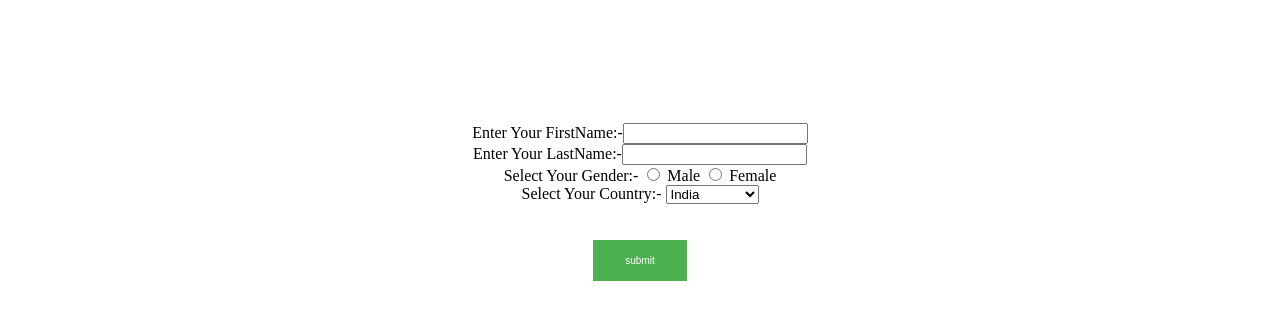
Repository: ErNitesh-d/java-program
Page: JAVA PROJECTS/ASSIGNMMENT_2/WebContent/index.html
These files come from the project's save history. The page is drawn as it stood at one moment and after the next save; the edit follows.
The browser window is 1280 px wide. The pictures show the whole page.

Above is the page before, as saved 2022-09-03 15:15:29.

### JAVA PROJECTS/ASSIGNMMENT_2/WebContent/index.html

<!DocType html>
<html>
<body>
<div style=" margin: auto;
width: 75%;
text-align: center;
padding: 70px 0;
border: 3px solid white;
text-align: header;
margin-top: 50px;">
<form action="Hello" method="get">
Enter Your FirstName:-<input type="text" name="FirstName"><br>
Enter Your LastName:-<input type="text" name="LastName"><br>
Select Your Gender:-
<input type="radio" id="Male" name="Gender" value="Male">
<label for="Male">Male</label>
<input type="radio" id="Female" name="Gender" value="Female">
<label for="Female">Female</label><br>
<label for="cars">Select Your Country:-</label>
<select name="Country" id="cars">
<option value="India">India</option>
<option value=" America">America</option>
<option value=" Afghanistan">Afghanistan</option>
<option value="Pakistan">Pakistan</option>
<option value="china">china</option>
</select><br>
<br>
<br>
<input type="submit" style=" position: relative; background-color: #4CAF50; /* Green */
border: none;
color: white;
padding: 15px 32px;
text-align: center;
text-decoration: none;
display: inline-block;
font-size: 10px;"value="submit">
</form>
</div>
</body>
</html>

After the next save:
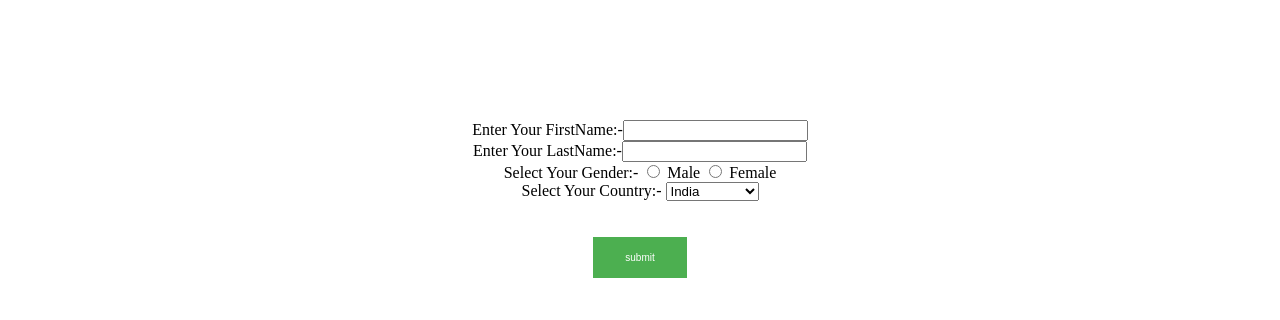
Saved 23 s later.
--- a/JAVA PROJECTS/ASSIGNMMENT_2/WebContent/index.html
+++ b/JAVA PROJECTS/ASSIGNMMENT_2/WebContent/index.html
@@ -6,7 +6,7 @@
 width: 75%;
 text-align: center;
 padding: 70px 0;
-border: 3px solid white;
+border: 0px solid white;
 text-align: header;
 margin-top: 50px;">
 <form action="Hello" method="get">
